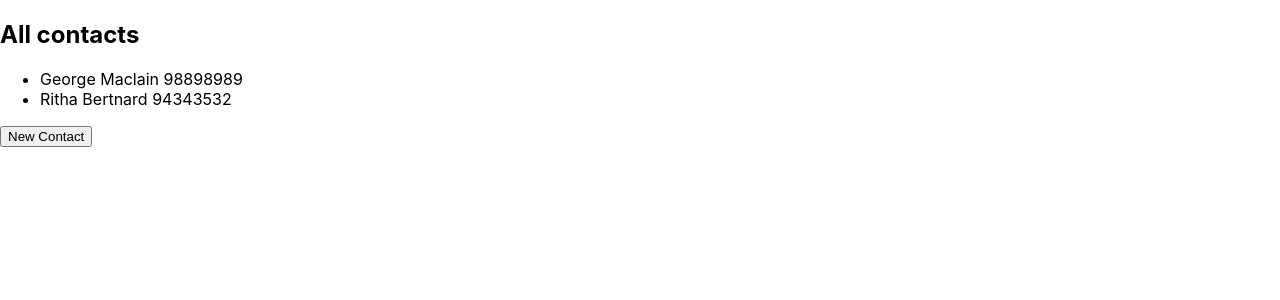
Repository: fishercom/react-phonebook
Page: /
The author's editor kept a copy of each file at every save. The page is drawn from the files as they stood at one save, then again after the next save.
The browser window is 1280 px wide. The pictures show the whole page.
The project was rebuilt for these pictures with package versions that can differ from the ones it lists, and the page was loaded fresh each time. A package was used in the major version that the imports need, not the one package.json lists. Also part of the build but not shown: src/App.css, src/components/Form.js.

Above is the page before, as saved 2021-01-30 19:18:54.

After the next save:
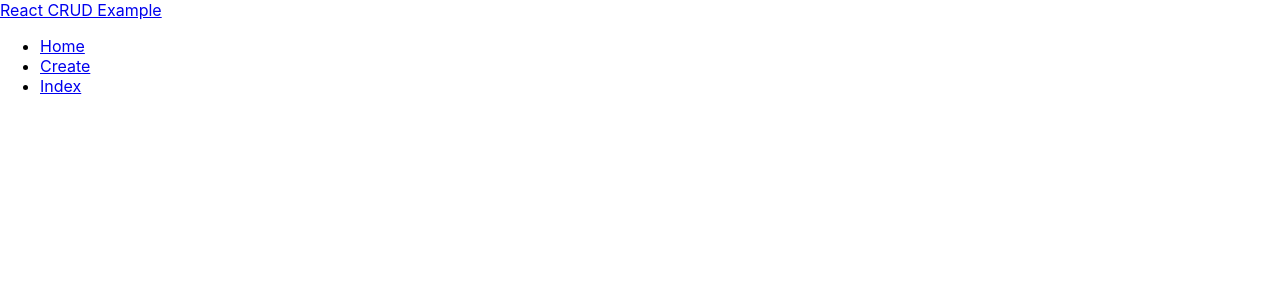
Saved 4 min 35 s later.
--- a/src/App.js
+++ b/src/App.js
@@ -1,4 +1,6 @@
 import React from 'react';
+import { BrowserRouter as Router, Switch, Route, Link } from 'react-router-dom';
+
 import './App.css';
 import List from './components/List';
 import Form from './components/Form';
@@ -17,20 +19,34 @@ class App extends React.Component {
     };
   }
 
-  renderComponent(){
-    switch(this.state.displayedTable) {
-      case "Form":
-        return <Form state={this.state} changeView={this.renderComponent} />
-      default:
-        return <List state={this.state} changeView={this.renderComponent} />
-    }
-  }
-
   render () {
       return (
-          <div>
-              { this.renderComponent() }
-          </div>
+
+        <Router>
+        <div className="container">
+          <nav className="navbar navbar-expand-lg navbar-light bg-light">
+            <Link to={'/'} className="navbar-brand">React CRUD Example</Link>
+            <div className="collapse navbar-collapse" id="navbarSupportedContent">
+              <ul className="navbar-nav mr-auto">
+              <li className="nav-item">
+                  <Link to={'/'} className="nav-link">Home</Link>
+                </li>
+                <li className="nav-item">
+                  <Link to={'/create'} className="nav-link">Create</Link>
+                </li>
+                <li className="nav-item">
+                  <Link to={'/index'} className="nav-link">Index</Link>
+                </li>
+              </ul>
+            </div>
+          </nav>
+          <Switch>
+              <Route exact path='/create' component={ Form } />
+              <Route path='/edit/:id' component={ Form } />
+              <Route path='/index' component={ List } />
+          </Switch>
+        </div>
+      </Router>
       )
   }
 }
